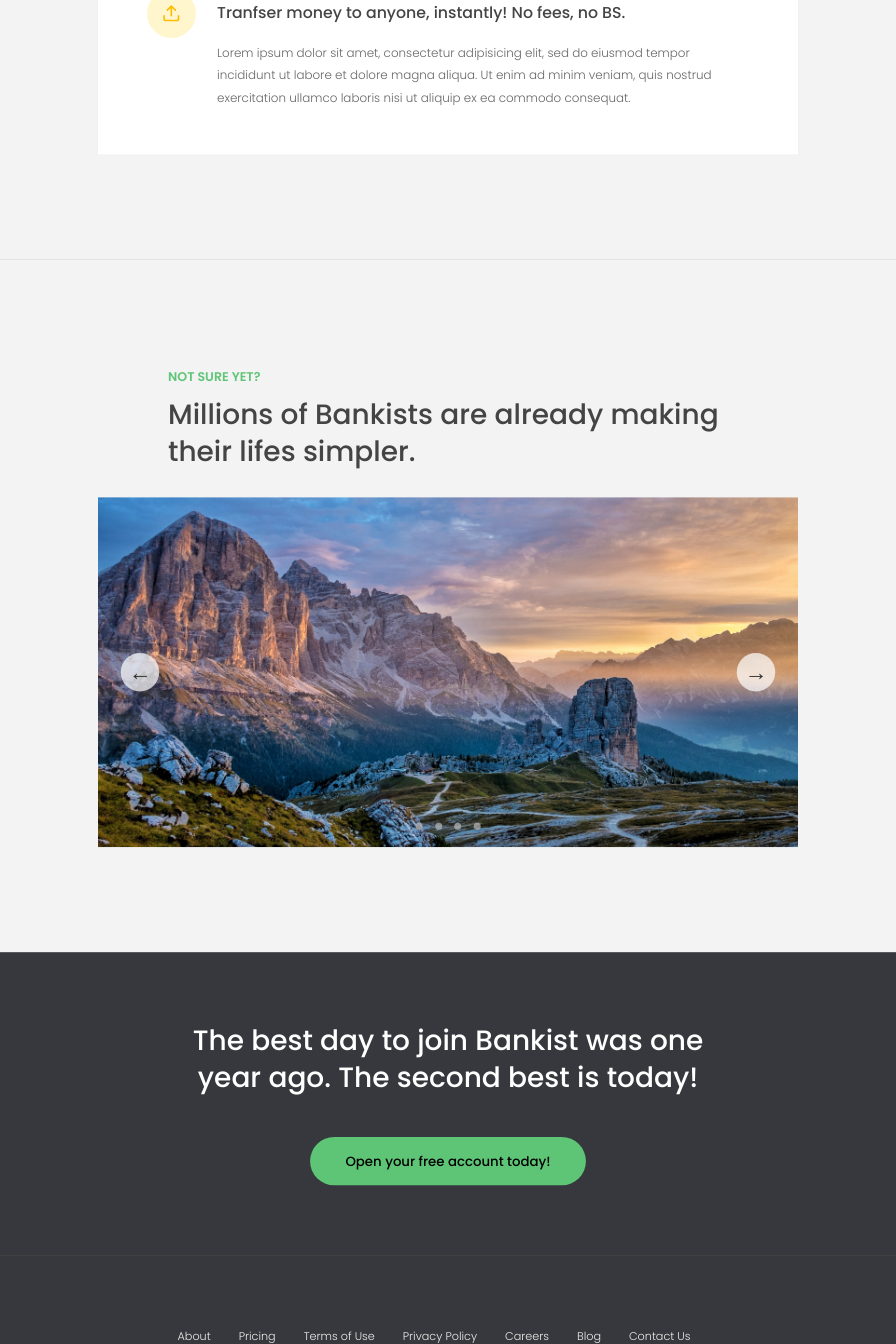
Repository: nptg3105/Bankist
Page: index.html
These files come from the project's save history. The page is drawn as it stood at one moment and after the next save; the edit follows.
The browser window is 1280 px wide. The pictures show the part of the page from y = 2685 to 4605 px (the page is 4887 px tall), at 70% of full size.

Above is the page before, as saved 2022-05-28 08:26:05.

After the next save:
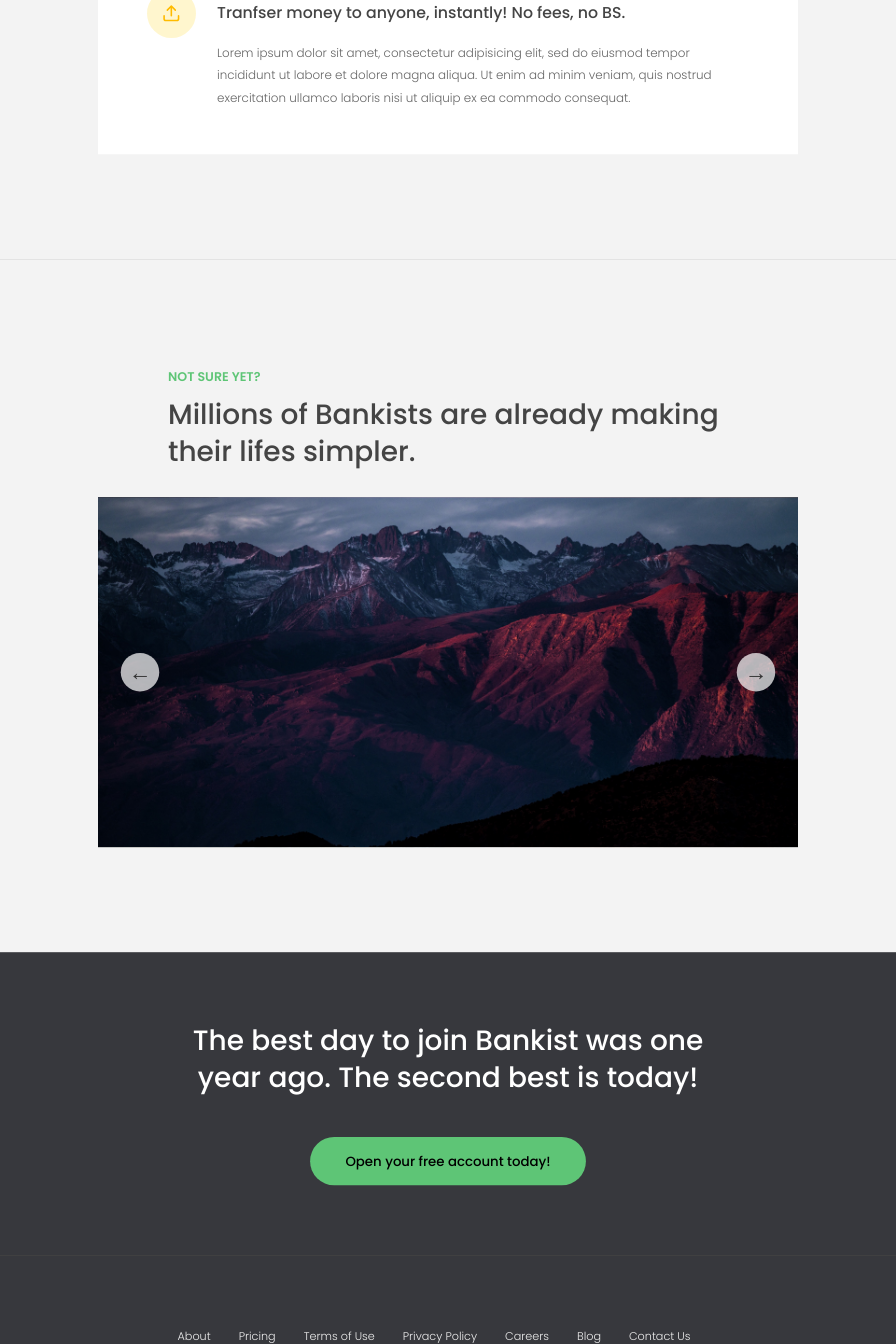
Saved 25 s later.
--- a/src/js/script.js
+++ b/src/js/script.js
@@ -173,7 +173,6 @@
     );
   });
 }
-createDot();
 
 function activeDot(slide) {
   document
@@ -191,7 +190,11 @@
   });
 }
 
-goToSlide(0);
+function init() {
+  goToSlide(0);
+  createDot();
+  activeDot(0);
+}
 
 //Next Slide
 function nextSlide() {

After the 3 saves that followed:
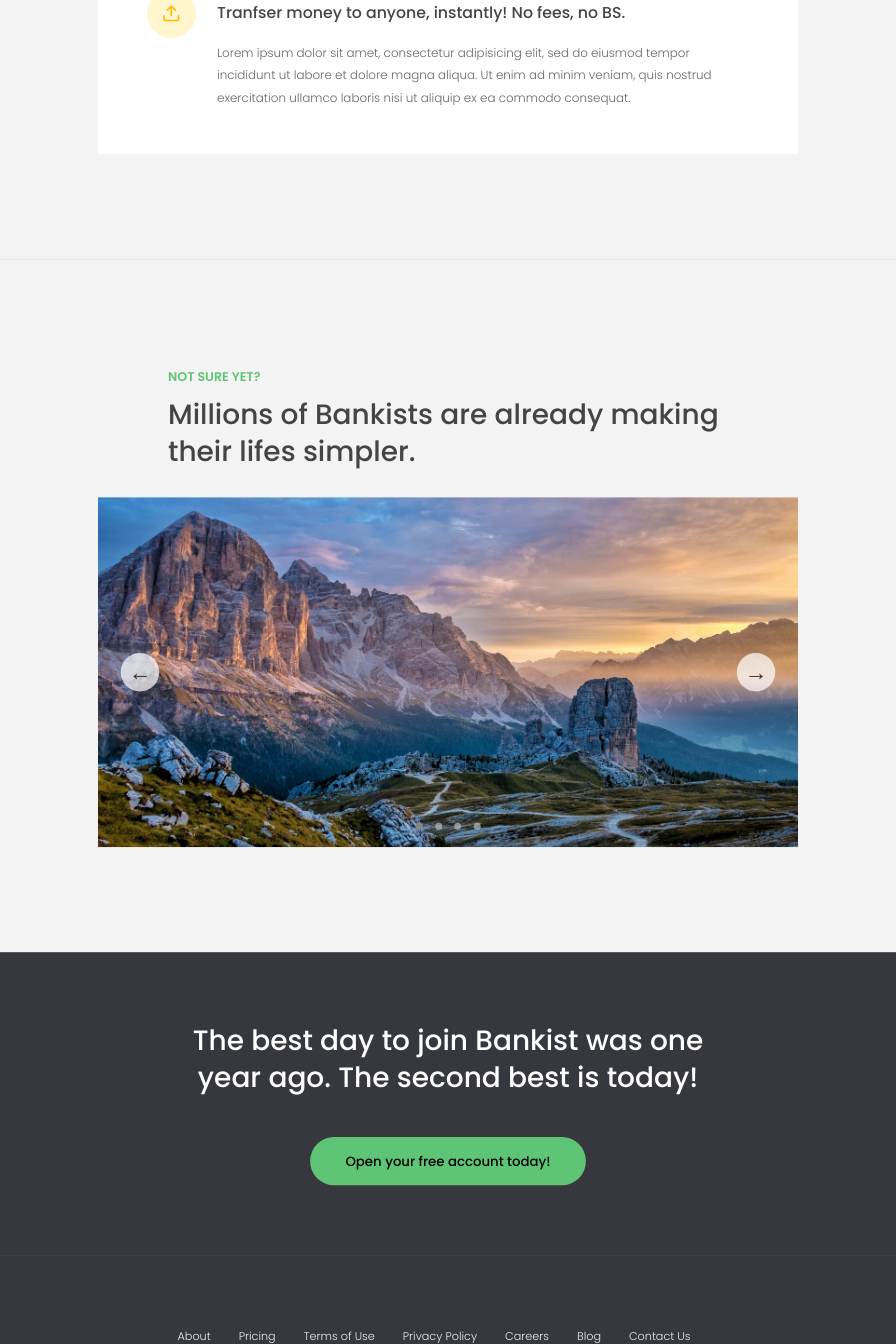
The 3 saves are shown as one change because 2 left the picture as it was.
The last was saved 87 s later.
--- a/src/js/script.js
+++ b/src/js/script.js
@@ -156,73 +156,78 @@
 imgTargets.forEach((img) => imgObserver.observe(img));
 
 //Slider
-const slides = document.querySelectorAll(".slide");
-const btnNext = document.querySelector(".slider__btn--right");
-const btnPrev = document.querySelector(".slider__btn--left");
-const dotContainer = document.querySelector(".dots");
-
-let curSlide = 0;
-const maxSlide = slides.length;
-
-//Function
-function createDot() {
-  slides.forEach((_, i) => {
-    dotContainer.insertAdjacentHTML(
-      "beforeend",
-      `<button class="dots__dot" data-slide=${i}></button>`
-    );
-  });
-}
-
-function activeDot(slide) {
-  document
-    .querySelectorAll(".dots__dot")
-    .forEach((dot) => dot.classList.remove("dots__dot--active"));
-
-  document
-    .querySelector(`.dots__dot[data-slide="${slide}"]`)
-    .classList.add("dots__dot--active");
-}
-
-function goToSlide(slide) {
-  slides.forEach((s, i) => {
-    s.style.transform = `translateX(${100 * (i - slide)}%)`;
-  });
-}
-
-function init() {
-  goToSlide(0);
-  createDot();
-  activeDot(0);
-}
-
-//Next Slide
-function nextSlide() {
-  if (curSlide === maxSlide - 1) {
-    curSlide = 0;
-  } else {
-    curSlide++;
-  }
-
-  goToSlide(curSlide);
-  activeDot(curSlide);
-}
-
-//PrevSlide
-function prevSlide() {
-  if (curSlide === 0) {
-    curSlide = maxSlide - 1;
-  } else {
-    curSlide--;
-  }
-  goToSlide(curSlide);
-  activeDot(curSlide);
-}
-
-btnNext.addEventListener("click", nextSlide);
-btnPrev.addEventListener("click", prevSlide);
-
-document.addEventListener("keydown", function (e) {
-  if (e.key === "ArrowLeft") prevSlide();
-  e.key === "ArrowRight" && nextSlide();
-});
+function slider() {
+  const slides = document.querySelectorAll(".slide");
+  const btnNext = document.querySelector(".slider__btn--right");
+  const btnPrev = document.querySelector(".slider__btn--left");
+  const dotContainer = document.querySelector(".dots");
+
+  let curSlide = 0;
+  const maxSlide = slides.length;
+
+  //Function
+  function createDot() {
+    slides.forEach((_, i) => {
+      dotContainer.insertAdjacentHTML(
+        "beforeend",
+        `<button class="dots__dot" data-slide=${i}></button>`
+      );
+    });
+  }
+
+  function activeDot(slide) {
+    document
+      .querySelectorAll(".dots__dot")
+      .forEach((dot) => dot.classList.remove("dots__dot--active"));
+
+    document
+      .querySelector(`.dots__dot[data-slide="${slide}"]`)
+      .classList.add("dots__dot--active");
+  }
+
+  function goToSlide(slide) {
+    slides.forEach((s, i) => {
+      s.style.transform = `translateX(${100 * (i - slide)}%)`;
+    });
+  }
+
+  function init() {
+    goToSlide(0);
+    createDot();
+    activeDot(0);
+  }
+  init();
+
+  //Next Slide
+  function nextSlide() {
+    if (curSlide === maxSlide - 1) {
+      curSlide = 0;
+    } else {
+      curSlide++;
+    }
+
+    goToSlide(curSlide);
+    activeDot(curSlide);
+  }
+
+  //PrevSlide
+  function prevSlide() {
+    if (curSlide === 0) {
+      curSlide = maxSlide - 1;
+    } else {
+      curSlide--;
+    }
+    goToSlide(curSlide);
+    activeDot(curSlide);
+  }
+
+  btnNext.addEventListener("click", nextSlide);
+  btnPrev.addEventListener("click", prevSlide);
+
+  document.addEventListener("keydown", function (e) {
+    if (e.key === "ArrowLeft") prevSlide();
+    e.key === "ArrowRight" && nextSlide();
+  });
+}
+
+slider();
